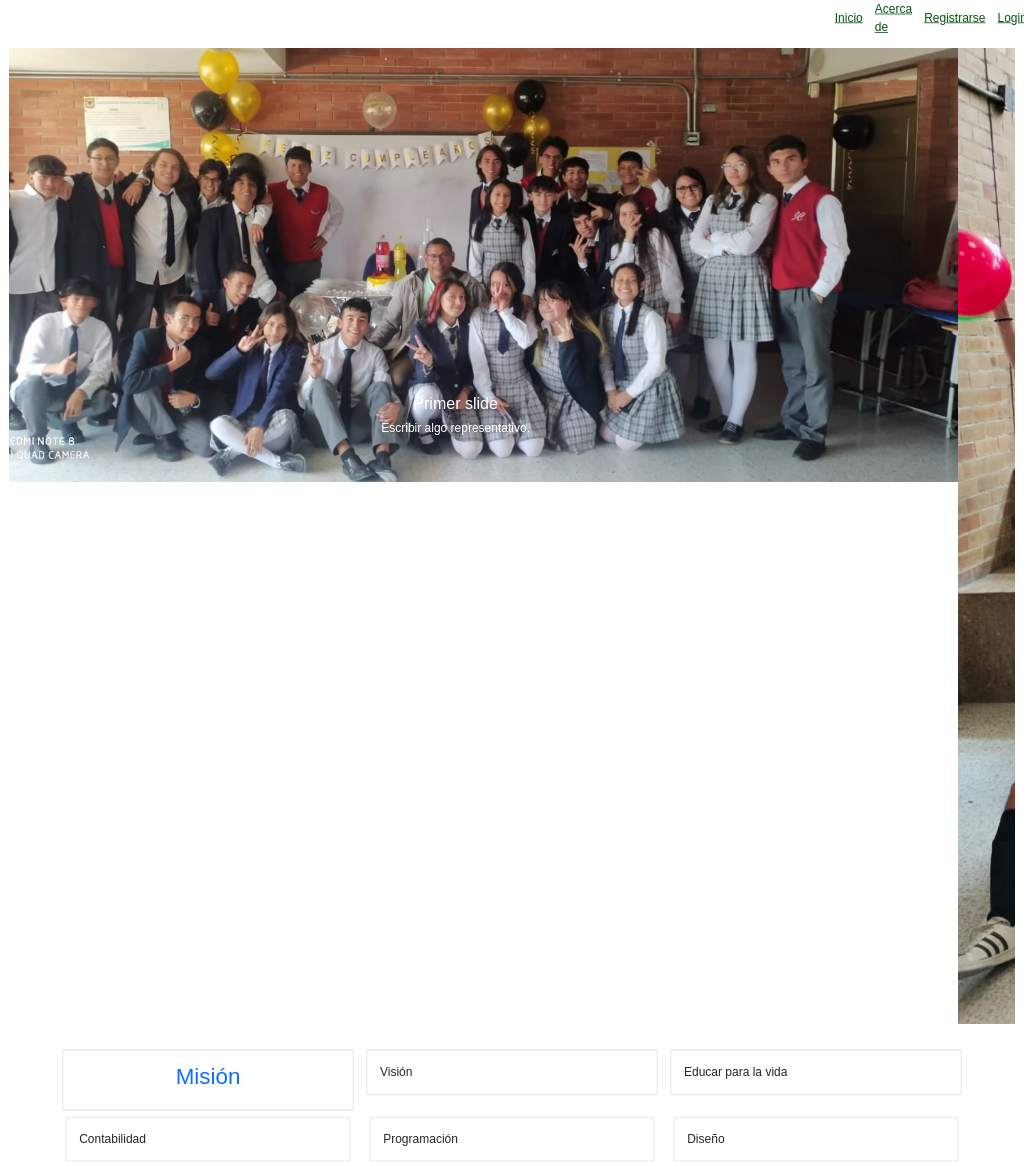
Repository: AntonnySant/webColegio
Page: index.html
An editor plug-in stored every save of this project. The page is shown before and after the next save, followed by the edit.
The browser window is 1280 px wide. The pictures show the whole page, at 80% of full size.

Above is the page before, as saved 2023-10-17 17:12:58.
Console error: TypeError: Cannot set properties of null (setting 'onclick')

### index.html
<!DOCTYPE html>
<html lang="en">

<head>
    <meta charset="UTF-8">
    <meta http-equiv="X-UA-Compatible" content="IE=edge">
    <meta name="viewport" content="width=device-width, initial-scale=1.0">
    <!-- Compiled and minified CSS -->
    <link href="https://cdn.jsdelivr.net/npm/bootstrap@5.0.2/dist/css/bootstrap.min.css" rel="stylesheet"
        integrity="sha384-EVSTQN3/azprG1Anm3QDgpJLIm9Nao0Yz1ztcQTwFspd3yD65VohhpuuCOmLASjC" crossorigin="anonymous">
    <link rel="stylesheet" type="text/css" href="./styles.css">

    <title>Document</title>
</head>

<body>
    <header class="header">
        <!-- <img src="https://juandelcorral.edu.co/wp-content/uploads/2023/03/escudo_2019_verde_fondo-670x1024.png"
            id="img_logo" alt="">
        <p>COLEGIO I.T.D. JUAN DEL CORRAL I.E.D.</p> -->
        <nav>
            <ul class="nav-right-section">
                <li><a href="#">Inicio</a></li>
                <li><a href="#">Acerca de</a></li>
                <li><a href="#">Registrarse</a>
                    <!-- <button id="openModal">Registrarse</button>
                    <div id="registrationModal" class="modal">
                        <div class="modal-content">
                            <span class="close" id="closeModal">&times;</span>
                            <h2>Registro</h2>
                            <form>
                                <label for="username">Nombre de usuario:</label>
                                <input type="text" id="username" name="username" required>
                                <label for="password">Contraseña:</label>
                                <input type="password" id="password" name="password" required>
                                <button type="submit">Registrarse</button>
                            </form>
                        </div>
                    </div> -->
                </li>
                <li><a href="#">Login</a>
                    <!-- <button id="openModalBtn">Iniciar sesión</button>
                    <div id="loginModal" class="modal">
                        <div class="modal-content">
                            <span class="close" id="closeModalBtn">&times;</span>
                            <h2>Iniciar sesión</h2>
                            <form>
                                <input type="text" placeholder="Usuario">
                                <input type="password" placeholder="Contraseña">
                                <button type="submit">Iniciar sesión</button>
                            </form>
                        </div>
                    </div> -->
                </li>
            </ul>
        </nav>
    </header>






    <div class="container-fluid">
        <!-- Carrosul dinamico con las 4 imagenes  -->
        <!-- <div class="container"> -->
        <div class="row py-4">
            <div id="carrusel" class="carousel slide" data-bs-ride="carousel">
                <div class="carousel-indicators">
                    <button type="button" data-bs-target="#carouselExampleCaptions" data-bs-slide-to="0" class="active"
                        aria-current="true" aria-label="Slide 1"></button>
                    <button type="button" data-bs-target="#carouselExampleCaptions" data-bs-slide-to="1"
                        aria-label="Slide 2"></button>
                    <button type="button" data-bs-target="#carouselExampleCaptions" data-bs-slide-to="2"
                        aria-label="Slide 3"></button>
                    <button type="button" data-bs-target="#carouselExampleCaptions" data-bs-slide-to="3"
                        aria-label="Slide 4"></button>
                </div>
                <div class="carousel-inner">
                    <div class="carousel-item active">
                        <img src="foto1.jpeg" class="d-block w-100 img-fluid" alt="...">
                        <div class="carousel-caption d-none d-md-block">
                            <h5>Primer slide</h5>
                            <p>Escribir algo representativo.</p>
                        </div>
                    </div>
                    <div class="carousel-item">
                        <img src="foto2.jpeg" class="d-block w-100 img-fluid" alt="...">
                        <div class="carousel-caption d-none d-md-block">
                            <h5>Segundo slide</h5>
                            <p>Escribir algo representativo.</p>
                        </div>
                    </div>

                    <div class="carousel-item">
                        <img src="foto3.jpeg" class="d-block w-100 img-fluid" alt="...">
                        <div class="carousel-caption d-none d-md-block">
                            <h5>Tercer slide</h5>
                            <p>Escribir algo representativo.</p>
                        </div>
                    </div>

                    <div class="carousel-item">
                        <img src="foto4.jpeg" class="d-block w-100 img-fluid" alt="...">
                        <div class="carousel-caption d-none d-md-block">
                            <h5>Cuarto slide</h5>
                            <p>Escribir algo representativo.</p>
                        </div>
                    </div>
                </div>
                <button class="carousel-control-prev" type="button" data-bs-target="#carouselExampleCaptions"
                    data-bs-slide="prev">
                    <span class="carousel-control-prev-icon" aria-hidden="true"></span>
                    <span class="visually-hidden">Previous</span>
                </button>
                <button class="carousel-control-next" type="button" data-bs-target="#carouselExampleCaptions"
                    data-bs-slide="next">
                    <span class="carousel-control-next-icon" aria-hidden="true"></span>
                    <span class="visually-hidden">Next</span>
                </button>
                <!-- </div> -->
            </div>
        </div>
        <!--Cierre carrusel-->

        <div class="container">
            <div class="row">
                <div class="col-xs-12 col-md-4 p-2">
                    <div class="card">
                        <div class="card-body">

                            <!-- Button trigger modal -->

                            <a href="#" data-bs-toggle="modal" data-bs-target="#exampleModal" class="btn-card">
                                <h3>Misión</h3>
                            </a>

                            <!-- Modal -->
                            <div class="modal fade" id="exampleModal" tabindex="-1" aria-labelledby="exampleModalLabel"
                                aria-hidden="true">
                                <div class="modal-dialog">
                                    <div class="modal-content">
                                        <div class="modal-header">
                                            <h5 class="modal-title" id="exampleModalLabel">Modal title</h5>
                                            <button type="button" class="btn-close" data-bs-dismiss="modal"
                                                aria-label="Close"></button>
                                        </div>
                                        <div class="modal-body">
                                            ...
                                        </div>
                                        <div class="modal-footer">
                                            <button type="button" class="btn btn-secondary"
                                                data-bs-dismiss="modal">Close</button>
                                            <button type="button" class="btn btn-primary">Save changes</button>
                                        </div>
                                    </div>
                                </div>
                            </div>
                        </div>

                    </div>
                </div>
                <div class="col-xs-12 col-md-4 p-2">
                    <div class="card">
                        <div class="card-body">
                            Visión
                            <div class="modal" tabindex="-1">
                                <div class="modal-dialog">
                                    <div class="modal-content">
                                        <div class="modal-header">
                                            <h5 class="modal-title">Modal title</h5>
                                            <button type="button" class="btn-close" data-bs-dismiss="modal"
                                                aria-label="Close"></button>
                                        </div>
                                        <div class="modal-body">
                                            <p>Modal body text goes here.</p>
                                        </div>
                                        <div class="modal-footer">
                                            <button type="button" class="btn btn-secondary"
                                                data-bs-dismiss="modal">Close</button>
                                            <button type="button" class="btn btn-primary">Save changes</button>
                                        </div>
                                    </div>
                                </div>
                            </div>
                        </div>
                    </div>
                </div>
                <div class="col-xs-12 col-md-4 p-2">
                    <div class="card">
                        <div class="card-body">
                            Educar para la vida
                        </div>
                    </div>
                </div>
            </div>
        </div>

        <div class="container">
            <div class="row">
                <div class="col">
                    <div class="card">
                        <div class="card-body">
                            Contabilidad
                        </div>
                    </div>
                </div>
                <div class="col">
                    <div class="card">
                        <div class="card-body">
                            Programación
                        </div>
                    </div>
                </div>
                <div class="col">
                    <div class="card">
                        <div class="card-body">
                            Diseño
                        </div>
                    </div>
                </div>
            </div>
        </div>
    </div>

    <!-- Compiled and minified JavaScript -->
    <script src="https://cdn.jsdelivr.net/npm/bootstrap@5.0.2/dist/js/bootstrap.bundle.min.js"
        integrity="sha384-MrcW6ZMFYlzcLA8Nl+NtUVF0sA7MsXsP1UyJoMp4YLEuNSfAP+JcXn/tWtIaxVXM" crossorigin="anonymous">
    </script>
    <script src="script.js"></script>
</body>

</html>

### styles.css
/* styles.css */
/* Estilos para el encabezado */
body {
    margin: 0;
    padding: 0;
    font-size: 15px;
    font-family: Arial, Helvetica, sans-serif;
}
.btn-card{
  text-align: center;
  text-decoration: none;
}
.carousel-indicators{
  z-index: 1;
}
.header {
    position: fixed;
    /* top: 0;
    left: 0; */
    width: 100%;
    height: 60px;
    background-color: white;
    /* padding: 10px 0; */
    z-index: 1;
  }

  header nav {
    display: flex;
    justify-content: flex-end;
  }

  header nav .nav-right-section {
    width: 250px;
    height: auto;
    display: flex;
    list-style: none;
    justify-content: center;
    align-items: center;
  }

  nav .nav-right-section a {
    /* text-decoration: none; */
    margin-right: 15px;
    color: #07540E;
  }

  /* .header ul {
    list-style: none;
    margin: 0;
    padding: 0;
    float: right;
    margin: 15px;
  }

  .header ul li {
    display: flex;
    margin-right: 20px;
  }

  .header ul li:last-child {
    margin-right: 0;
  } */

  header p{
    margin-top: 15px;
    font-family: Arial, Helvetica, sans-serif;
    font-size: 36px;
    text-align: left;
    color: #07540E;

  }

  /* .content {
    margin-top: 60px;
  } */

  #carrusel {
    /* z-index: -2; */
  }

.modal {
    display: none;
    position: fixed;
    top: 0;
    left: 0;
    width: 100%;
    height: 100%;
    background-color: rgba(0,0,0,0.5);
  }

  .modal-content {
    background-color: #fff;
    margin: 10% auto;
    padding: 20px;
    width: 300px;
    box-shadow: 0 4px 8px 0 rgba(0,0,0,0.2);
  }
  .modal-backdrop{
    z-index: 0;
  }
  .close {
    float: right;
    font-size: 24px;
    cursor: pointer;
  }

  /* Estilos para el modal */
.modal {
    display: none;
    position: fixed;
    z-index: 1;
    left: 0;
    top: 0;
    width: 100%;
    height: 100%;
    background-color: rgba(0,0,0,0.7);
  }

  .modal-content {
    background-color: #fefefe;
    margin: 10% auto;
    padding: 20px;
    border: 1px solid #888;
    width: 50%;
  }

  .close {
    float: right;
    font-size: 20px;
    cursor: pointer;
  }

  /* Estilos para el botón "Registrarse" */
  #openModal {
    display: inline-block;
    padding: 10px 20px;
    background-color: #007bff;
    color: #fff;
    border: none;
    cursor: pointer;
  }

  /* Estilos para el formulario dentro del modal */
  form {
    display: flex;
    flex-direction: column;
  }

  label, input, button {
    margin: 5px 0;
  }

  img {
    height: 600px;
  }

  #img_logo {
    width: 120px;
    height: 140px;
    float: left;
    margin: 15px;
    margin-top: 10px;
  }


  /* Añade estilos adicionales según tu preferencia */

### script.js
// script.js
document.getElementById("openModalBtn").onclick = function() {
    document.getElementById("loginModal").style.display = "block";
  }

  document.getElementById("closeModalBtn").onclick = function() {
    document.getElementById("loginModal").style.display = "none";
  }

  window.onclick = function(event) {
    if (event.target === document.getElementById("loginModal")) {
      document.getElementById("loginModal").style.display = "none";
    }
  }


const openModalButton = document.getElementById("openModal");
const closeModalButton = document.getElementById("closeModal");
const registrationModal = document.getElementById("registrationModal");

openModalButton.addEventListener("click", () => {
  registrationModal.style.display = "block";
});

closeModalButton.addEventListener("click", () => {
  registrationModal.style.display = "none";
});

window.addEventListener("click", (event) => {
  if (event.target === registrationModal) {
    registrationModal.style.display = "none";
  }
});

var myModal = document.getElementById('myModal')
var myInput = document.getElementById('myInput')

myModal.addEventListener('shown.bs.modal', function () {
  myInput.focus()
})

After the next save:
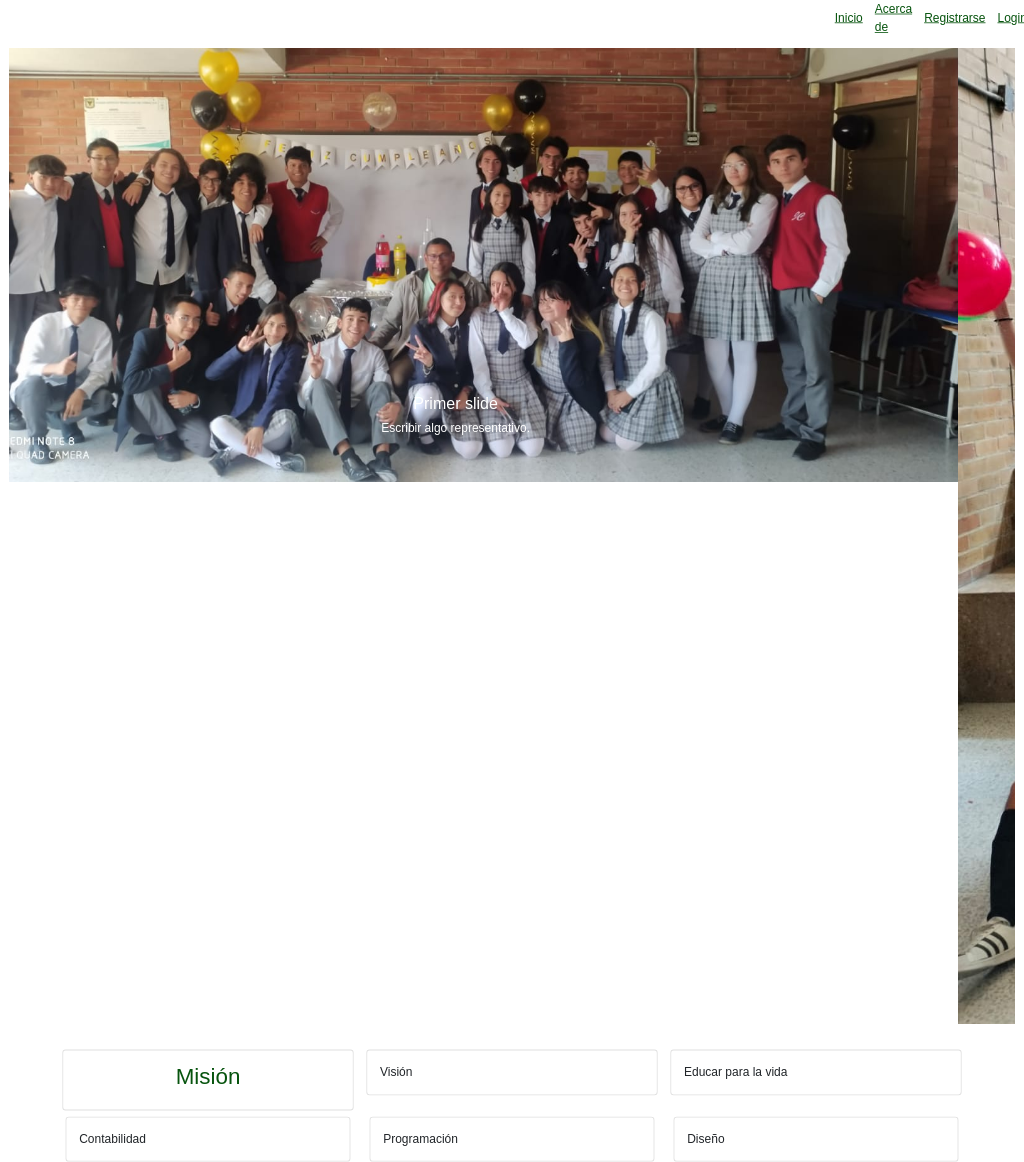
Saved 23 s later.
--- a/styles.css
+++ b/styles.css
@@ -9,6 +9,7 @@
 .btn-card{
   text-align: center;
   text-decoration: none;
+  color: #07540E;
 }
 .carousel-indicators{
   z-index: 1;
